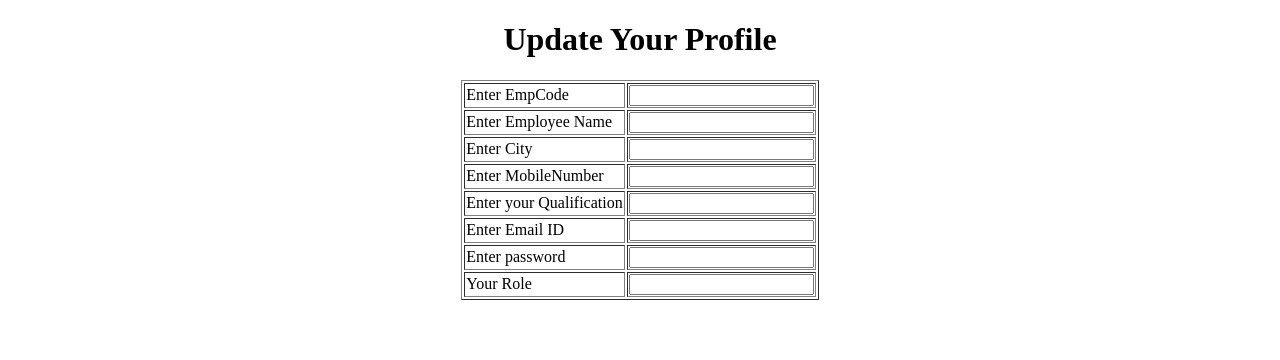
Repository: nehakunwar/SkillMap_Projects
Page: http://localhost/WebNaukariServletJspApp/WEB-INF/views/updateUserProfile.jsp
These files come from the project's save history. The page is drawn as it stood at one moment and after the next save; the edit follows.
The browser window is 1280 px wide. The pictures show the whole page.
The page is served by Tomcat 9. Nobody is signed in. The template is opened directly, without the code that normally fills it, so the values that code supplies are empty.

Above is the page before, as saved 2018-07-27 15:26:31.

After the next save:
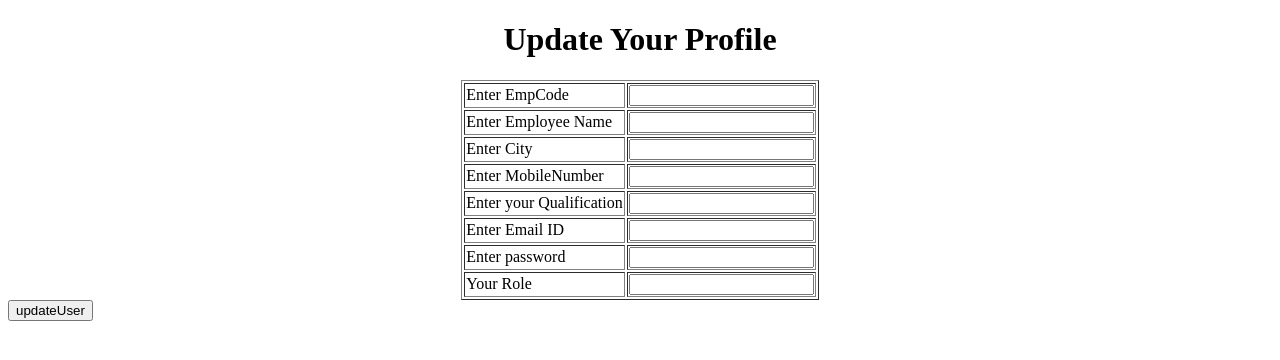
Saved 2 min 17 s later.
--- a/WebNaukariServletJspApp/WebContent/WEB-INF/views/updateUserProfile.jsp
+++ b/WebNaukariServletJspApp/WebContent/WEB-INF/views/updateUserProfile.jsp
@@ -40,6 +40,6 @@
 
                 </tr>
 		</table>
-
+		<input type="submit" value="updateUser" />
 </body>
 </html>
